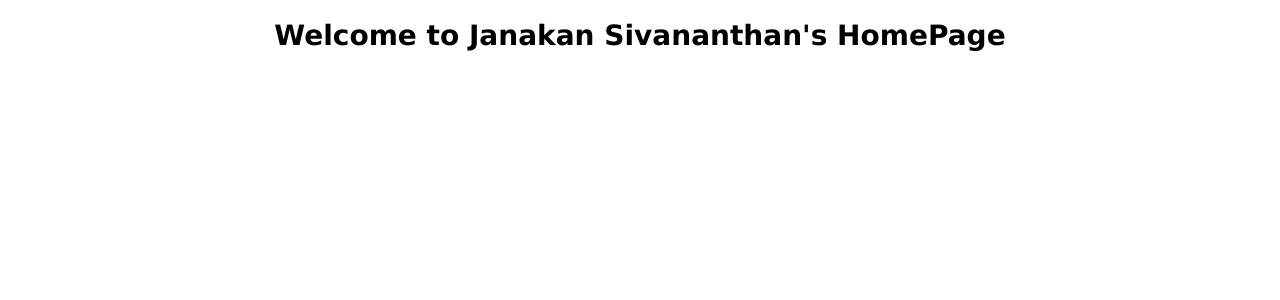
Repository: JanakanS95/COMP-229-Assignment-1
Page: http://localhost/
These files come from the project's save history. The page is drawn as it stood at one moment and after the next save; the edit follows.
The browser window is 1280 px wide. The pictures show the whole page.
The page is served by the project's Node server (app.js).

Above is the page before, as saved 2021-06-03 16:41:52.

After the next save:
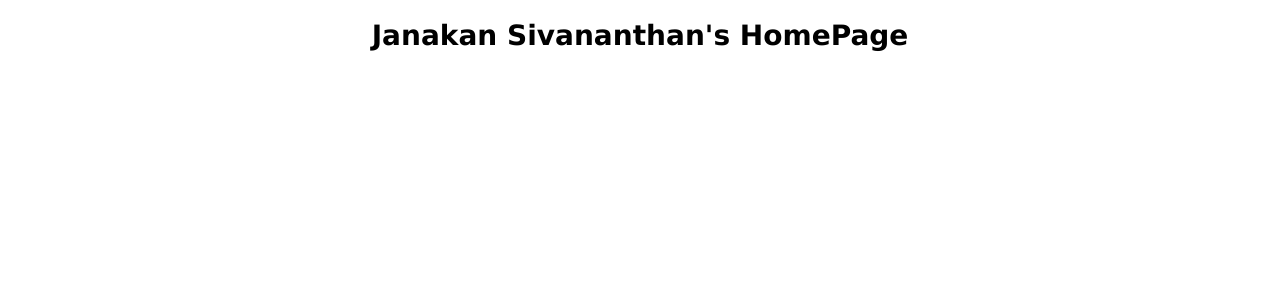
Saved 19 s later.
--- a/views/index.ejs
+++ b/views/index.ejs
@@ -5,6 +5,6 @@
     <link rel='stylesheet' href='/Content/index.css' />
   </head>
   <body>
-    <h1>Welcome to <%= title %>'s HomePage</h1>
+    <h1><%= title %>'s HomePage</h1>
   </body>
 </html>
